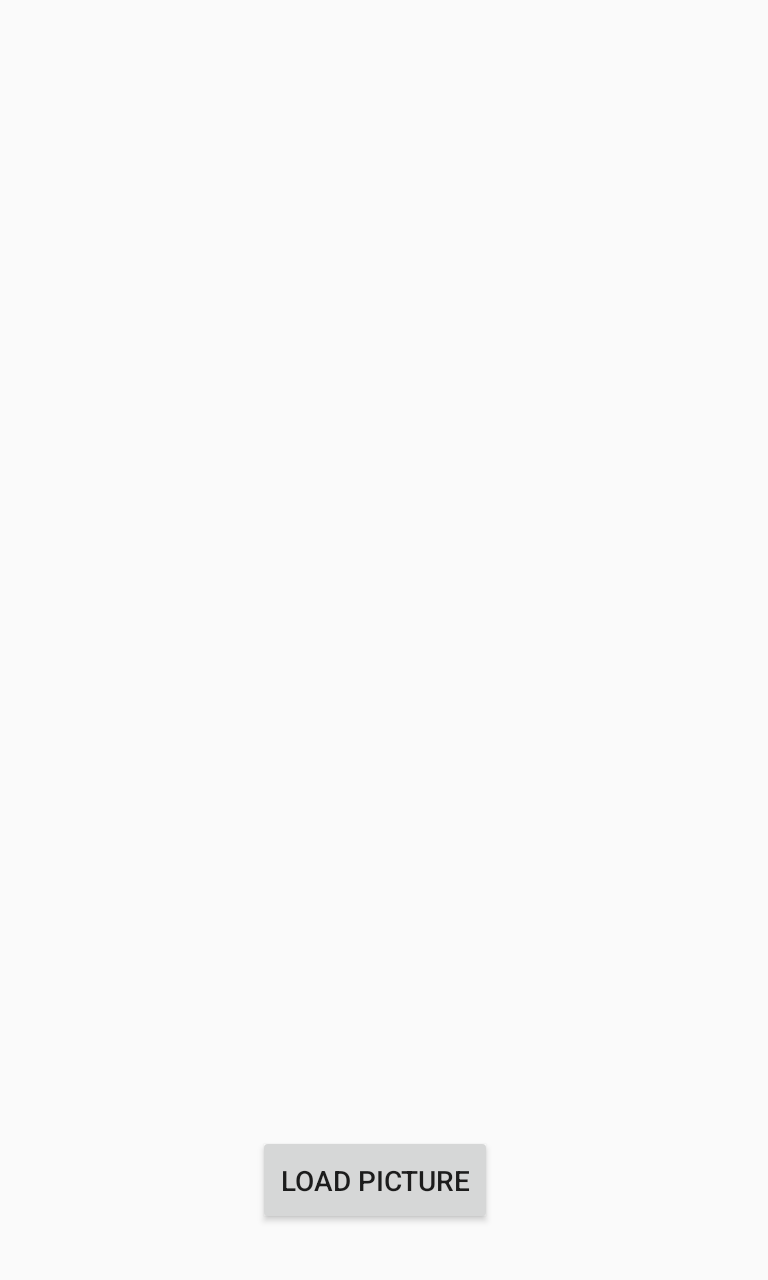
Repository: fareehaamjad/SMI-Image-Sharing-Application
Layout: SecurePictureTransfer/res/layout/activity_main.xml
An editor plug-in stored every save of this project. The layout is shown before and after the next save, followed by the edit.
It is drawn on a 768 x 1280 px phone screen (xhdpi) without system bars, with theme AppTheme; the app's code is not run.

Above is the layout before, as saved 2014-04-22 09:45:39.

After the next save:
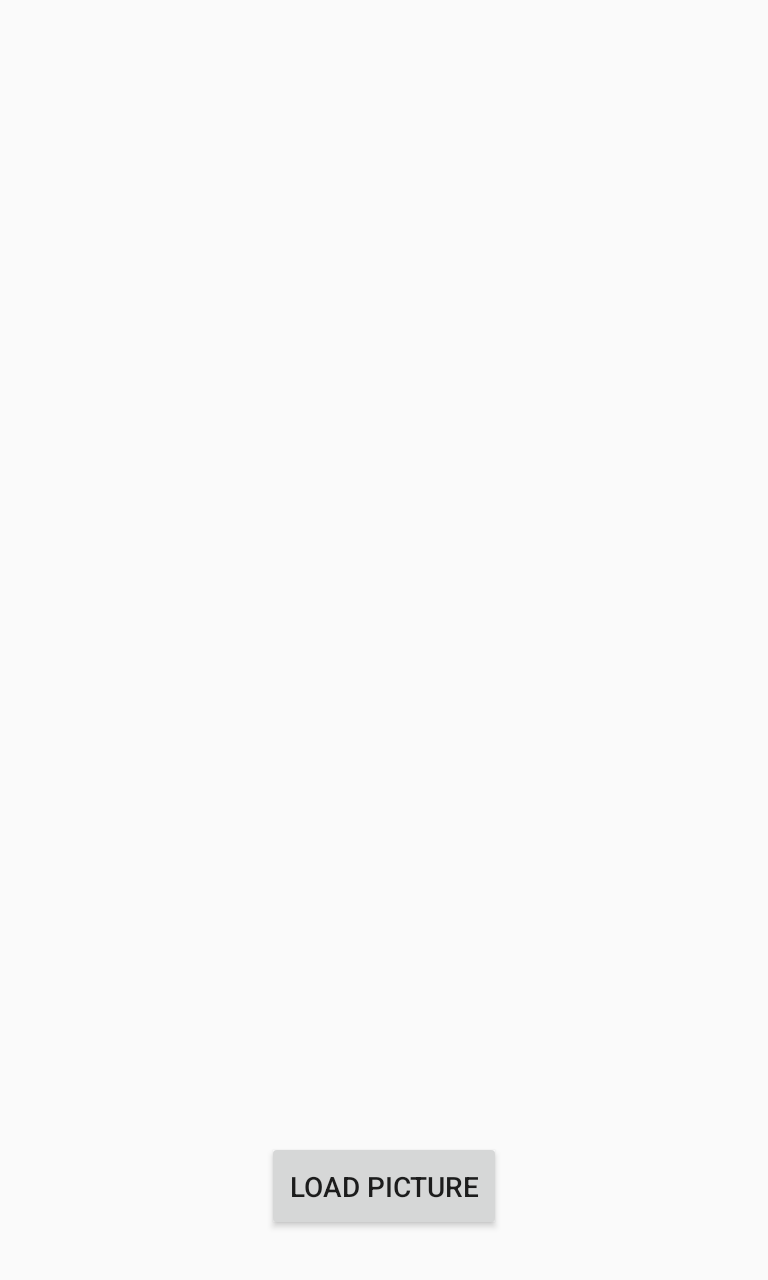
Saved 25 s later.
--- a/SecurePictureTransfer/res/layout/activity_main.xml
+++ b/SecurePictureTransfer/res/layout/activity_main.xml
@@ -36,9 +36,8 @@
 	    android:layout_width="wrap_content"
 	    android:layout_height="wrap_content"
 	    android:layout_alignParentBottom="true"
-	    android:layout_alignRight="@+id/cancel"
-	    android:layout_marginBottom="26dp"
-	    android:layout_marginRight="31dp"
+	    android:layout_centerHorizontal="true"
+	    android:layout_marginBottom="23dp"
 	    android:layout_weight="0"
 	    android:text="Load Picture" />
 
